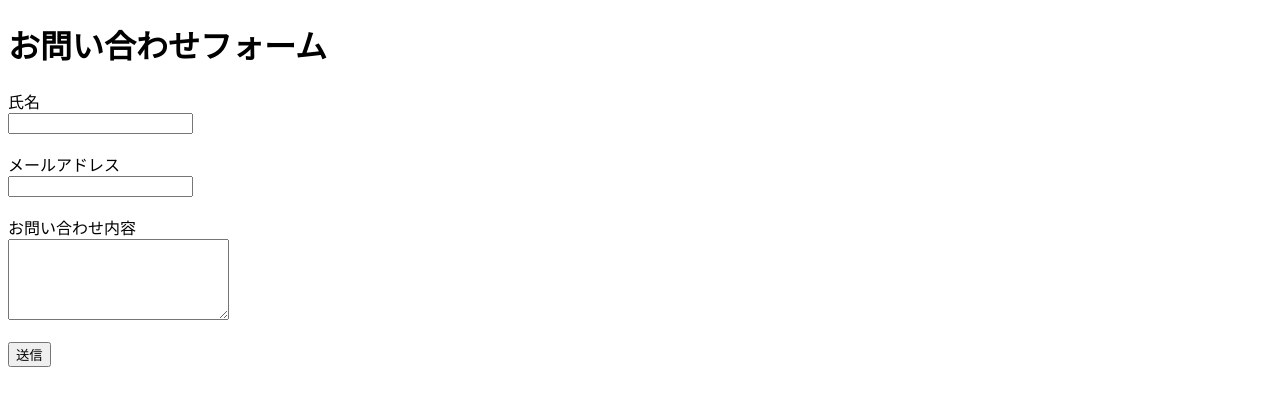
Repository: ishi1099/daily_report_system
Page: http://localhost/first_webapp/form.jsp
These files come from the project's save history. The page is drawn as it stood at one moment and after the next save; the edit follows.
The browser window is 1280 px wide. The pictures show the whole page.
The page is served by Tomcat 9.

Above is the page before, as saved 2020-04-12 13:21:42.

After the next save:
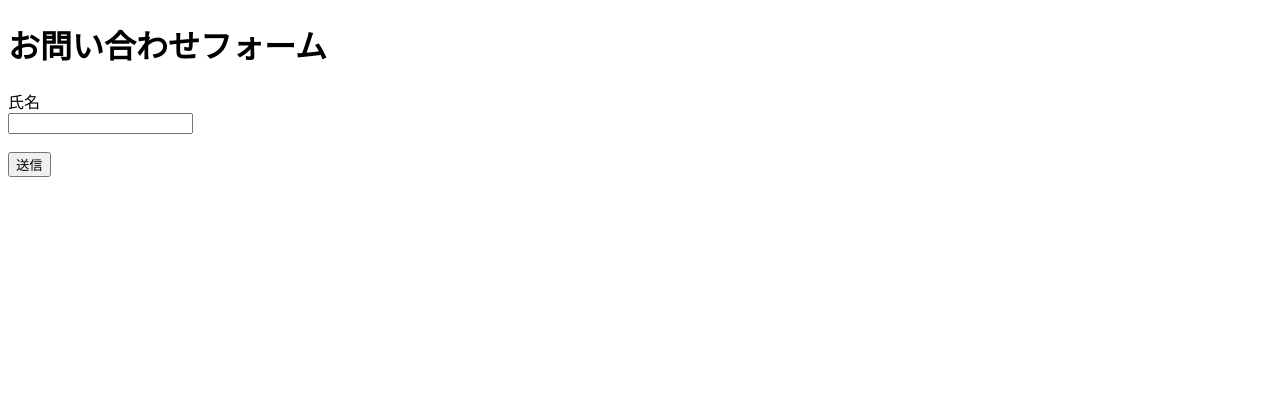
Saved 67 s later.
--- a/first_webapp/WebContent/form.jsp
+++ b/first_webapp/WebContent/form.jsp
@@ -12,13 +12,6 @@
                 <input type="text" name="username" />
                 <br /><br />
 
-                <label for="usermail">メールアドレス</label><br />
-                <input type="text" name="usermail" />
-                <br /><br />
-
-                <label for="content">お問い合わせ内容</label><br />
-                <textarea rows="5" cols="25" name="content"></textarea>
-                <br /><br />
 
                 <button type="submit">送信</button>
             </form>
